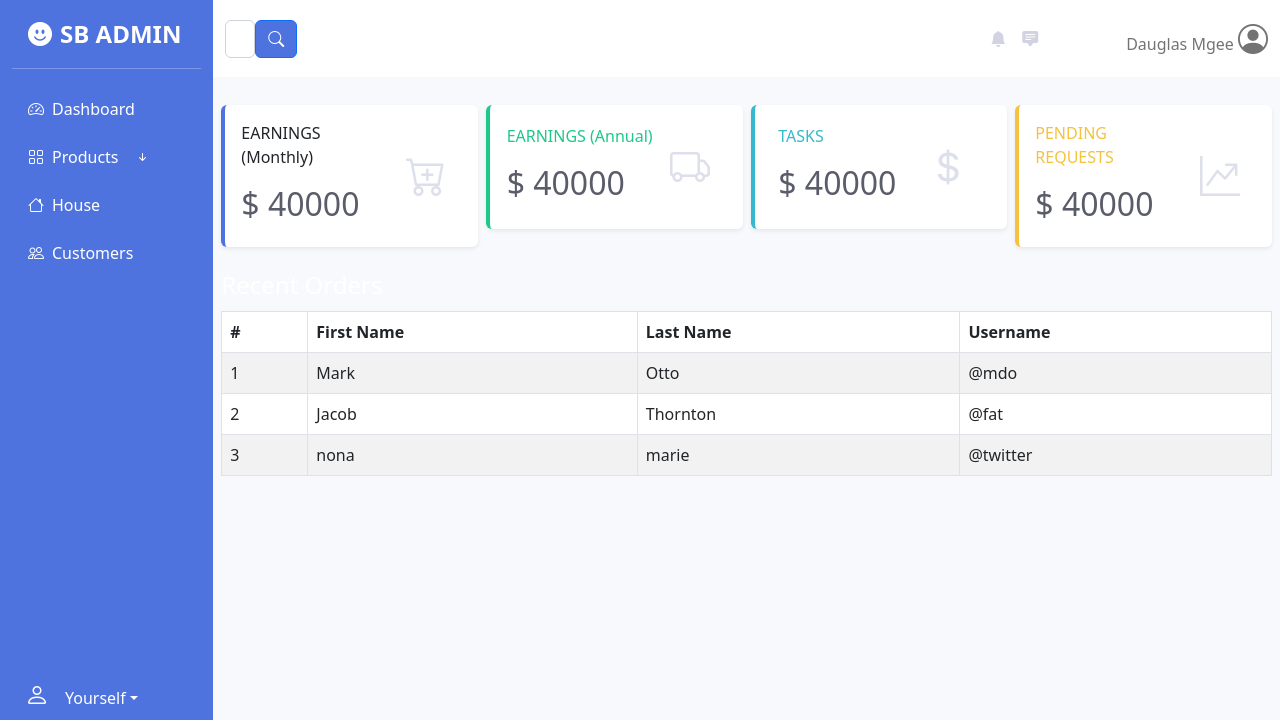
Repository: iqbalaamir/dashboard
Page: /
These files come from the project's save history. The page is drawn as it stood at one moment and after the next save; the edit follows.
The browser window is 1280 px wide. The pictures show the whole page.
The project was rebuilt for these pictures with package versions that can differ from the ones it lists, and the page was loaded fresh each time. Also part of the build but not shown: src/App.css.

Above is the page before, as saved 2023-04-24 22:45:10.

After the next save:
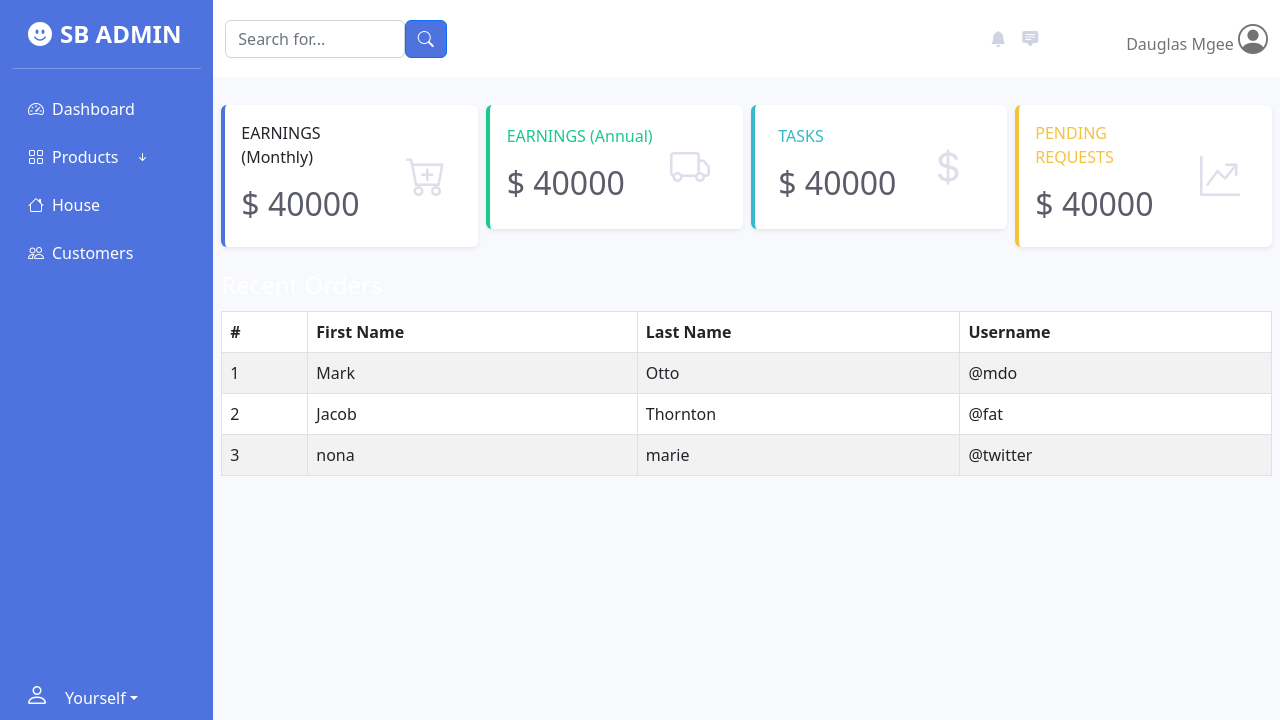
Saved 4 s later.
--- a/src/components/NavbarComponent.js
+++ b/src/components/NavbarComponent.js
@@ -15,7 +15,7 @@ function NavbarComponent() {
             placeholder="Search for..."
             className=""
             aria-label="Search"
-            style={{width:"10%"}}
+            style={{width:"60%"}}
           />
           <Button style={{ backgroundColor: "#4e73df" }}>
             {" "}
